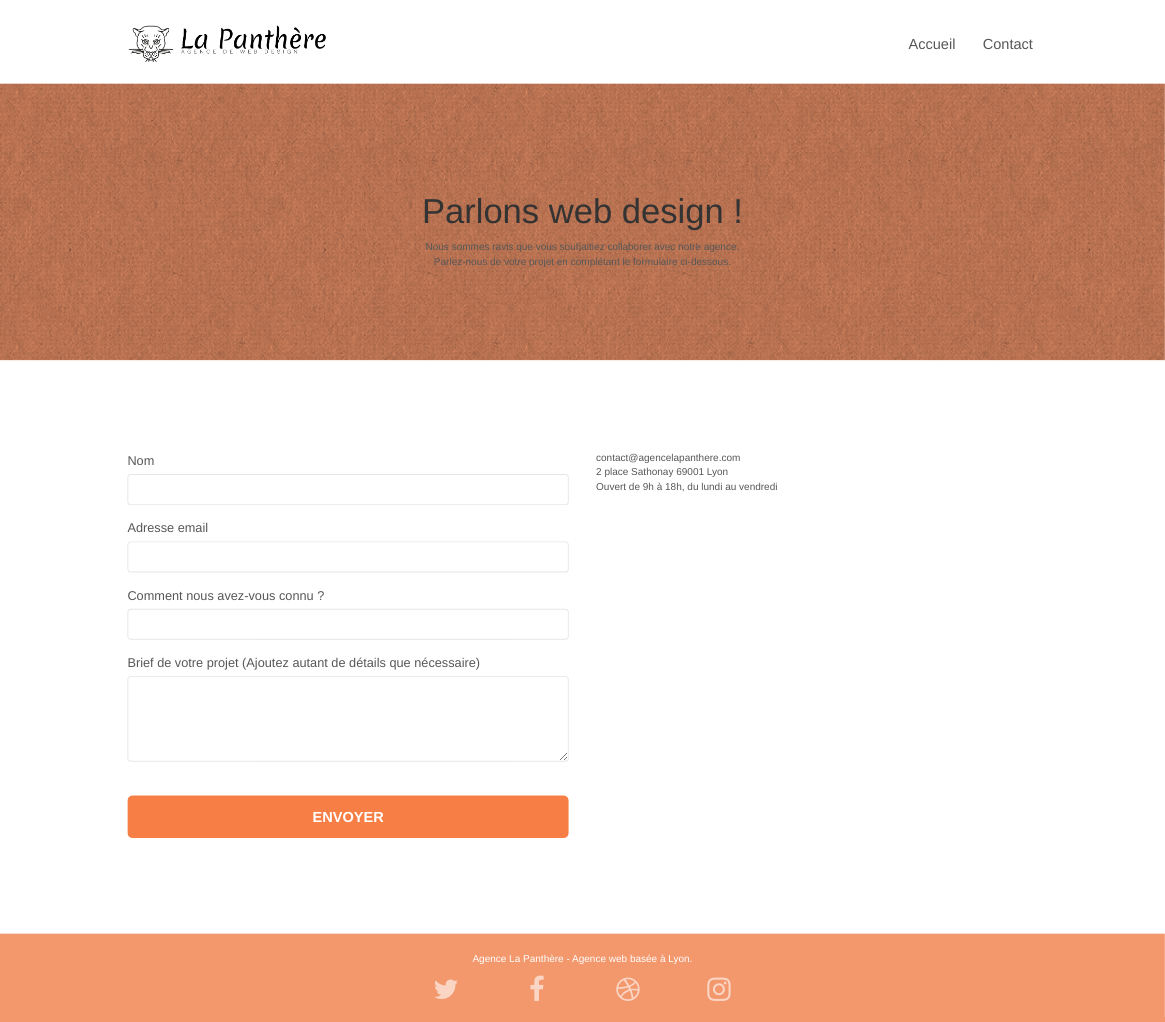
Repository: EtudianteHU/Uyarci_Hilal_4_code_012023
Page: contact.html
An editor plug-in stored every save of this project. The page is shown before and after the next save, followed by the edit.
The browser window is 1280 px wide. The pictures show the whole page, at 91% of full size.

Above is the page before, as saved 2023-02-28 09:18:23.

After the next save:
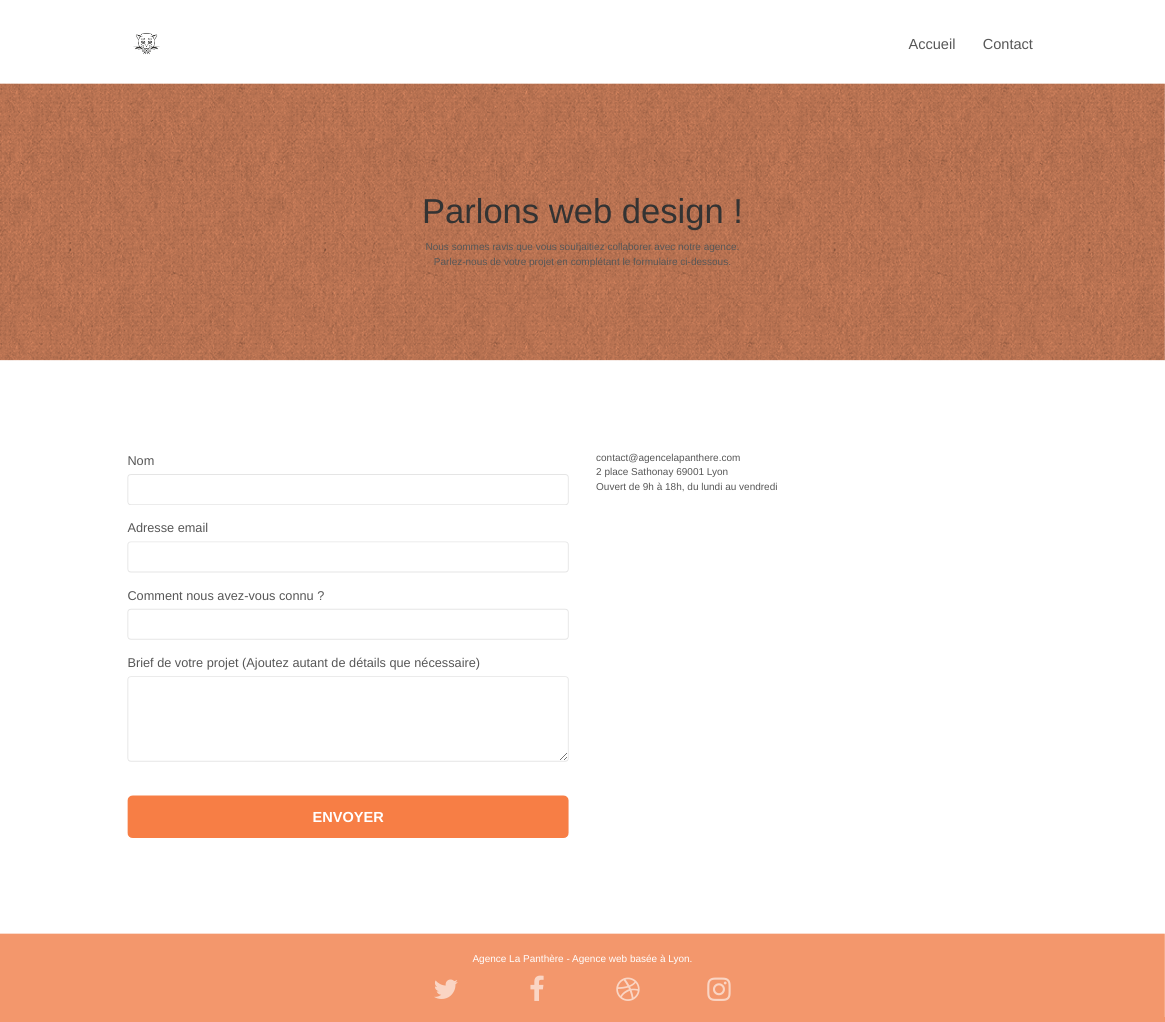
Saved 46 min 25 s later.
--- a/contact.html
+++ b/contact.html
@@ -40,7 +40,7 @@
                         <div class="navbar-header">
                             <a class="navbar-brand" href="index.html" title=""
                                 ><img
-                                    src="img/agence-la-panthere-monochrome.webp"
+                                    src="img/logo.webp"
                                     alt="atlanta web design logo"
                                     height="40"
                             /></a>
